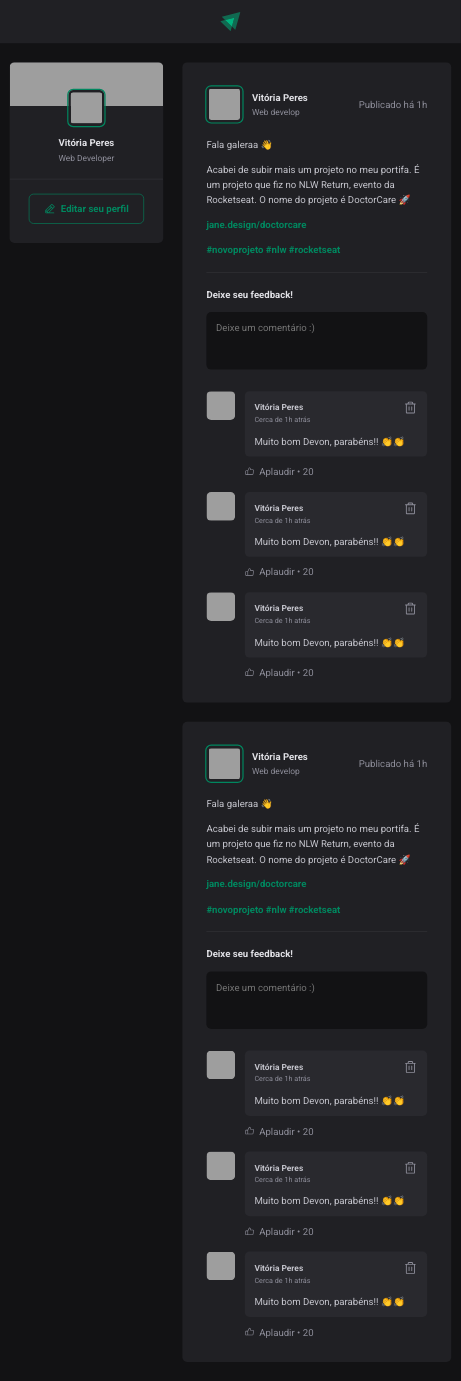
Repository: vndp/React_project-ignite
Page: /
An editor plug-in stored every save of this project. The page is shown before and after the next save, followed by the edit.
The browser window is 768 px wide. The pictures show the whole page, at 60% of full size.
Pictures or frames that could not be fetched are drawn as grey boxes. The project was rebuilt for these pictures with package versions that can differ from the ones it lists, and the page was loaded fresh each time. Also part of the build but not shown: vite.config.js.

Above is the page before, as saved 2023-07-27 22:12:58.

### index.html
<!DOCTYPE html>
<html lang="en">
  <head>
    <meta charset="UTF-8" />

    <link rel="preconnect" href="https://fonts.googleapis.com"/>
    <link rel="preconnect" href="https://fonts.gstatic.com" crossorigin/>


    <link rel="icon" type="image/svg+xml" href="/vite.svg" />
    <meta name="viewport" content="width=device-width, initial-scale=1.0" />

    <link href="https://fonts.googleapis.com/css2?family=Roboto:wght@400;700&display=swap" rel="stylesheet"/>

    <title>Vite App</title>

  </head>
  <body>
    <div id="root"></div>
    <script type="module" src="/src/main.jsx"></script>
  </body>
</html>

### src/main.jsx
import React from 'react'
import ReactDOM from 'react-dom/client'
import { App } from './App.jsx'


ReactDOM.createRoot(document.getElementById('root')).render(
  <React.StrictMode>
    <App />
  </React.StrictMode>
)

### src/App.jsx
import { Post } from "./components/Post";
import { Header } from "./components/Header";
import { Sidebar } from "./components/Sidebar";

import styles from "./App.module.css";

import "./global.css";

export function App() {
  return (
    <div>
      <Header />

      <div className={styles.wrapper}>
        <Sidebar />
        <main>
          <Post
            author="Vitória Peres"
            content="Contrary to popular belief, Lorem Ipsum is not simply "
          />
          <Post
            author="Thais Caldas"
            content="Uiii Post legal!"
          />
        </main>
      </div>
    </div>
  );
}

### src/components/Post.jsx
import { Avatar } from './Avatar'
import { Comment } from './Comment'

import styles from './Post.module.css'

export function Post() {
    return (
        <article className={styles.post}>

            <header>
                <div className={styles.author}>
                    <Avatar src="http://github.com/vndp.png" />
                    <div className={styles.authorInfo}>
                        <strong>Vitória Peres</strong>
                        <span>Web develop</span>
                    </div>
                </div>
                <time title="11 de Maio ás 08:13h" dateTime="24-07-23 10:34:00">Publicado há 1h</time>
            </header>
            <div className={styles.content}>
                <p>Fala galeraa 👋</p>

                <p>Acabei de subir mais um projeto no meu portifa. É um projeto que fiz no NLW Return, evento da Rocketseat. O nome do projeto é DoctorCare 🚀</p>

                <p> <a href="">jane.design/doctorcare</a></p>

                <p>
                    <a href="">#novoprojeto</a>{' '}
                    <a href=""> #nlw </a>{' '}
                    <a href="">#rocketseat</a>{' '}
                </p>
            </div>

            <form className={styles.commentForm}>
                <strong>Deixe seu feedback!</strong>

                <textarea
                    placeholder="Deixe um comentário :)"
                />

                <footer>

                    <button type="submit">Publicar</button>
                </footer>
                 </form>

            <div className={styles.commentList}>
                <Comment />
                <Comment />
                <Comment />


            </div>
        </article>
    )
}

### src/components/Header.jsx
 import styles from './header.module.css'

 import IgniteLogo from "../assets/ignite_logo.svg";


export function Header(){
    return (
        <header className={styles.header}>
            <img src={IgniteLogo} />

        </header>

        );
}

### src/components/Sidebar.jsx

import { PencilLine} from '@phosphor-icons/react'
import styles from './Sidebar.module.css';
import { Avatar } from './Avatar';

export function Sidebar() {
    return (
        <aside className={styles.sidebar} >
            <img
                className={styles.cover} src="https://images.unsplash.com/photo-1601645191163-3fc0d5d64e35?ixlib=rb-4.0.3&ixid=M3wxMjA3fDB8MHxwaG90by1wYWdlfHx8fGVufDB8fHx8fA%3D%3D&auto=format&fit=crop&w=300&q=50"
            />

            <div className={styles.profile}>
               <Avatar src="http://github.com/vndp.png" />

                <strong>Vitória Peres</strong>
                <span>Web Developer</span>
            </div>

            <footer>
                <a href="#">
                   <PencilLine size={20}/>
                 Editar seu perfil
                </a>
            </footer>
        </aside>
    );
}

### src/App.module.css
.wrapper {
    max-width: 70rem;
    margin: 2rem auto;
    padding: 0 1rem;

    display: grid;
    grid-template-columns: 256px 1fr;
    gap: 2rem;
    align-items: flex-start;


}

### src/global.css
:root{
    --white: #ffffff;
    --gray-100: #e1e1e6;
    --gray-300: #c4c4cc;
    --gray-400:#8d8d99 ;
    --gray-600: #323238;
    --gray-700: #29292e;
    --gray-800: #202024;
    --gray-900: #121214;

    --green-300: #00B37E;
    --green-500: #00875f;


    --red-500: #F75A68;
}

:focus{
    outline: transparent;
    box-shadow:  0 0 0 2px var(--green-500);
}


*{
    margin: 0;
    padding: 0;
    box-sizing: border-box;


}

body{
    background: var(--gray-900);
    color: var(--gray-300);
    -webkit-font-smoothing: antialiased;

}

body, input, textarea,button {
    font-family: 'roboto', sans-serif;
    font-weight: 400;
    font-size: 1rem;
}

### src/components/Avatar.jsx
import styles from "./Avatar.module.css";

export function Avatar(props) {
    const hasBorder = props.hasBorder != false;
    return (
        <img className={hasBorder ? styles.avatarWithBorder : styles.avatar}
            src={props.src}
        />
    );
}

### src/components/Comment.jsx
import { ThumbsUp, Trash } from '@phosphor-icons/react'
import styles from './Comment.module.css'
import { Avatar } from './Avatar'

export function Comment() {
    return (
        <div className={styles.comment}>
            <Avatar hasBorder={false} src="http://github.com/vndp.png" alt='' />

            <div className={styles.commentBox}>

                <div className={styles.commentContent}>
                    <header>
                        <div className={styles.authorAndTime}>
                            <strong>Vitória Peres</strong>
                            <time title='11 de Maio ás 08:13h' dateTime='24-07-23 10:34:00'>Cerca de 1h atrás</time>
                        </div>

                        <button title='Deletar comentário'>
                            <Trash size={24} />

                        </button>
                    </header>

                    <p>Muito bom Devon, parabéns!! 👏👏</p>

                </div>

                <footer>

                    <button>

                        <ThumbsUp />
                        Aplaudir <span>20</span>

                    </button>

                </footer>
            </div>
        </div>
    )
}

### src/components/Post.module.css
.post {
    background: var(--gray-800);
    border-radius: 8px;
    padding: 2.5rem;
}

.post + .post {
    margin-top: 2rem;
}

.content {
    line-height: 1.6;
    color: var(--gray-300);
    margin-top: 1.5rem;
}

.content p {
    margin-top: 1rem;
}

.content a {
    font-weight: bold;
    color:var(--green-500);
    text-decoration: none;
}

.content a:hover{
color: var(--green-300);
}

.post > header {
    display: flex;
    align-items: center;
    justify-content: space-between;
}

.post > header time {
    display: 0.875rem;
    color: var(--gray-400);
}

.author {
    display:flex;
    align-items: center;
    gap: 1rem;
}


.authorInfo strong{
    display: block;
    color: var(--gray-100);
    line-height: 1.6
}

.authorInfo span{
    display: block;
    font-size: 0.875rem;
    color: var(--gray-400);
    line-height: 1.6;

}

.commentForm {
    width: 100%;
    margin-top: 1.5rem;
    padding-top: 1.5rem;
    border-top:1px solid var(--gray-600);
}

.commentForm > strong {
    line-height: 1.6;
    color:var(--gray-100);
}

.commentForm  textarea {
    width: 100%;
    background: var(--gray-900);
    border: 0;
    resize: none;
    height: 6rem;
    padding: 1rem;
    border-radius: 8px;
    color: var(--gray-100);
    line-height: 1.4;
    margin-top: 1rem;
}

.commentForm button[type=submit] {
     padding: 1rem 1.5rem;
     margin-top: 1rem;
     border-radius: 8px;
     border: 0;
     background: var(--green-500);
     color: var(--white);
     font-weight:bold;
     cursor: pointer;

     transition: background-color 0.1s;
}

.commentForm button[type=submit]:hover {
    background: var(--green-300);
}

.commentForm footer{
    visibility: hidden;
    max-height: 0;
}

.commentForm:focus-within footer {
    visibility: visible;
    max-height: none;
}

.commentList {
    margin-top: 2rem;
}

### src/components/header.module.css
.header{
    background: var(--gray-800);
    display: flex;
    justify-content: center;
    padding: 1.25rem 0;
}

.header img{
    height: 2rem;
}

### src/components/Sidebar.module.css
.sidebar {
    background: var(--gray-800);
    border-radius: 8px;
    overflow: hidden;
}

.cover {
    width: 100%;
    height: 72px;
    object-fit: cover;
}

.profile {
    display: flex;
    flex-direction: column;
    align-items: center;

    margin-top: calc(0px - 1.5rem - 6px);
}


.profile strong {
    margin-top: 1rem;
    color: var(--gray-100);
    line-height: 1.6;
}

.profile span {
    font-size: 0.875rem;
    line-height: 1.6;
    color: var(--gray-400);
}

.sidebar footer {
    border-top: 1px solid var(--gray-600);
    margin-top: 1.5rem;
    padding: 1.5rem 2rem 2rem;
}

.sidebar footer a {
    width: 100%;
    background: transparent;
    color: var(--green-500);
    border: 1px solid var(--green-500);
    border-radius: 8px;
    height: 50px;
    padding: 0 1.5rem;
    font-weight: bold;
    display: block;
    text-decoration: none;

    display: flex;
    align-items: center;
    justify-content: center;

    gap: 0.5rem;
    transition: color 0.2s, background-color 0.1s;
}
.sidebar footer a:hover {
    background: var(--green-500);
    color: var(--white);
}

### src/components/Comment.module.css
.comment {
    margin-top: 1.5rem;
    display: flex;
    gap: 1rem;
}

.comment > img {
    width: 3rem;
    height: 3rem;
    border-radius: 8px;
}

.commentBox {
    flex: 1;
}

.commentContent {
    background: var(--gray-700);
    border-radius: 8px;
    padding: 1rem;
}

.commentContent header {
    display: flex;
    align-items: flex-start;
    justify-content: space-between;
}

.authorAndTime strong {
    display: block;
    font-size: 0.875rem;
    line-height: 1.6;
}

.authorAndTime time {
    display: block;
    font-size: 0.75rem;
    line-height: 1.6;
    color: var(--gray-400);
}
.commentContent header button {
    background: transparent;
    border: 0;
    color: var(--gray-400);
    cursor: pointer;
    line-height: 0;
    border-radius: 2px;
}

.commentContent header button :hover{
    color: var(--red-500);
}

.commentContent p{
    margin-top: 1rem;
    color: var(--gray-300);
}

.commentBox footer {
    margin-top: 1rem;
}

.commentBox footer button {
    background: transparent;
    border: 0;
    color: var(--gray-400);
    cursor: pointer;

    display: flex;
    align-items: center;
}

.commentBox footer button:hover {
    color: var(--green-300);
}

.commentBox footer button svg {
    margin-right:0.5rem;
}

.commentBox footer button span::before {
    content: "\2022";
    padding: 0 0.25rem;
}

Loaded but not shown: src/components/Avatar.module.css (common file)

After the next save:
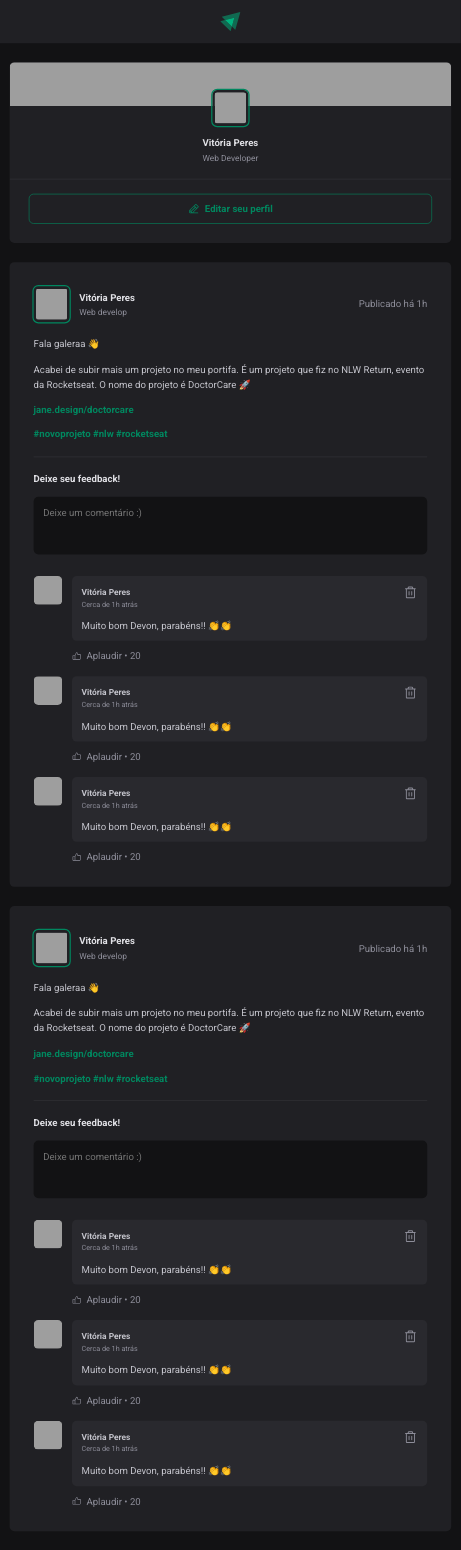
Saved 4 min 2 s later.
--- a/src/App.module.css
+++ b/src/App.module.css
@@ -7,6 +7,10 @@
     grid-template-columns: 256px 1fr;
     gap: 2rem;
     align-items: flex-start;
+}
 
-
+@media (max-width: 768px){
+    .wrapper{
+        grid-template-columns: 1fr;
+    }
 }
